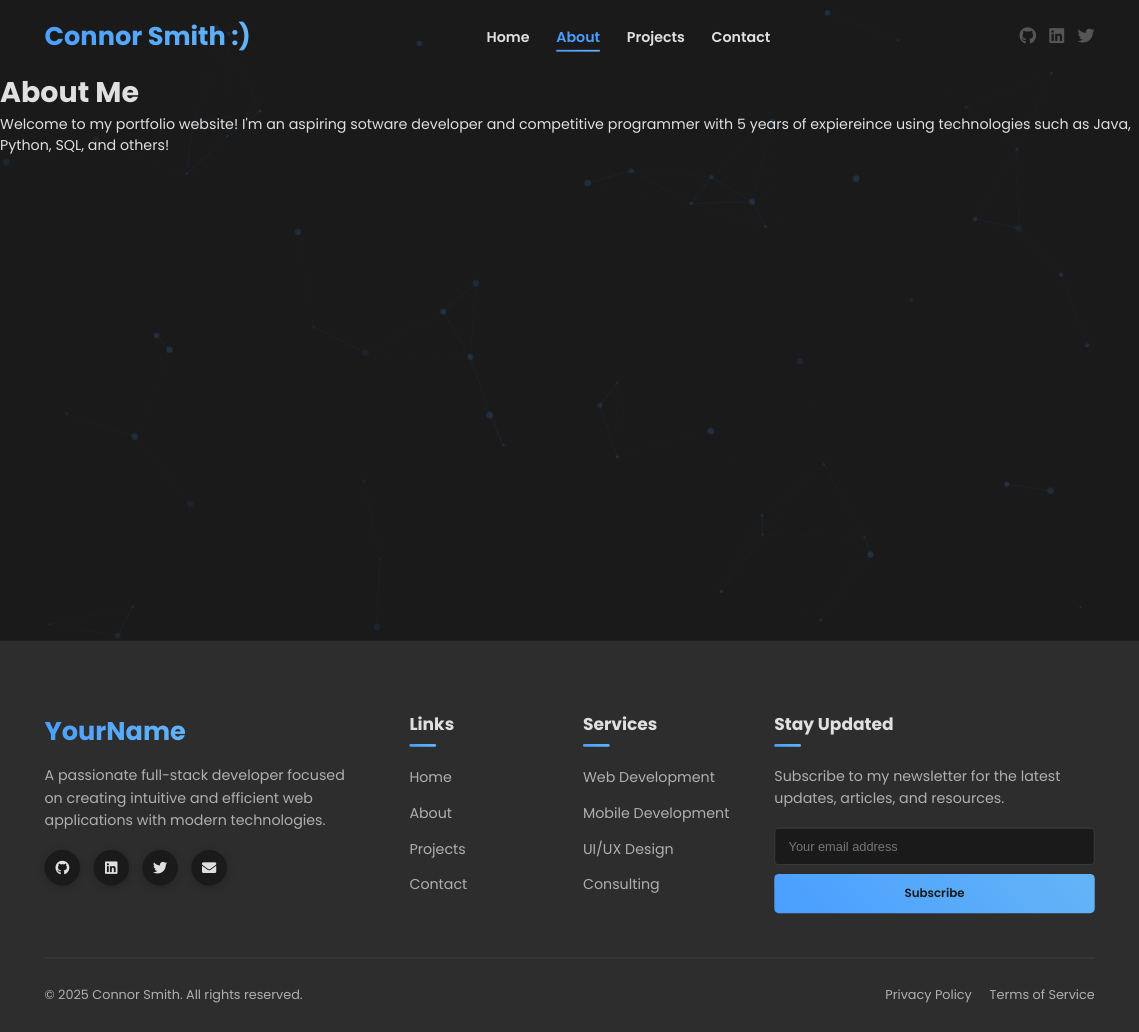
Repository: connorGS9/portfolio-website
Page: /about
The author's editor kept a copy of each file at every save. The page is drawn from the files as they stood at one save, then again after the next save.
The browser window is 1280 px wide. The pictures show the whole page, at 89% of full size.
The project was rebuilt for these pictures with package versions that can differ from the ones it lists, and the page was loaded fresh each time. Also part of the build but not shown: src/styles/Home.css, src/pages/Home.jsx, src/pages/Projects.jsx, src/pages/Contact.jsx.

Above is the page before, as saved 2025-05-24 19:27:52.

After the next save:
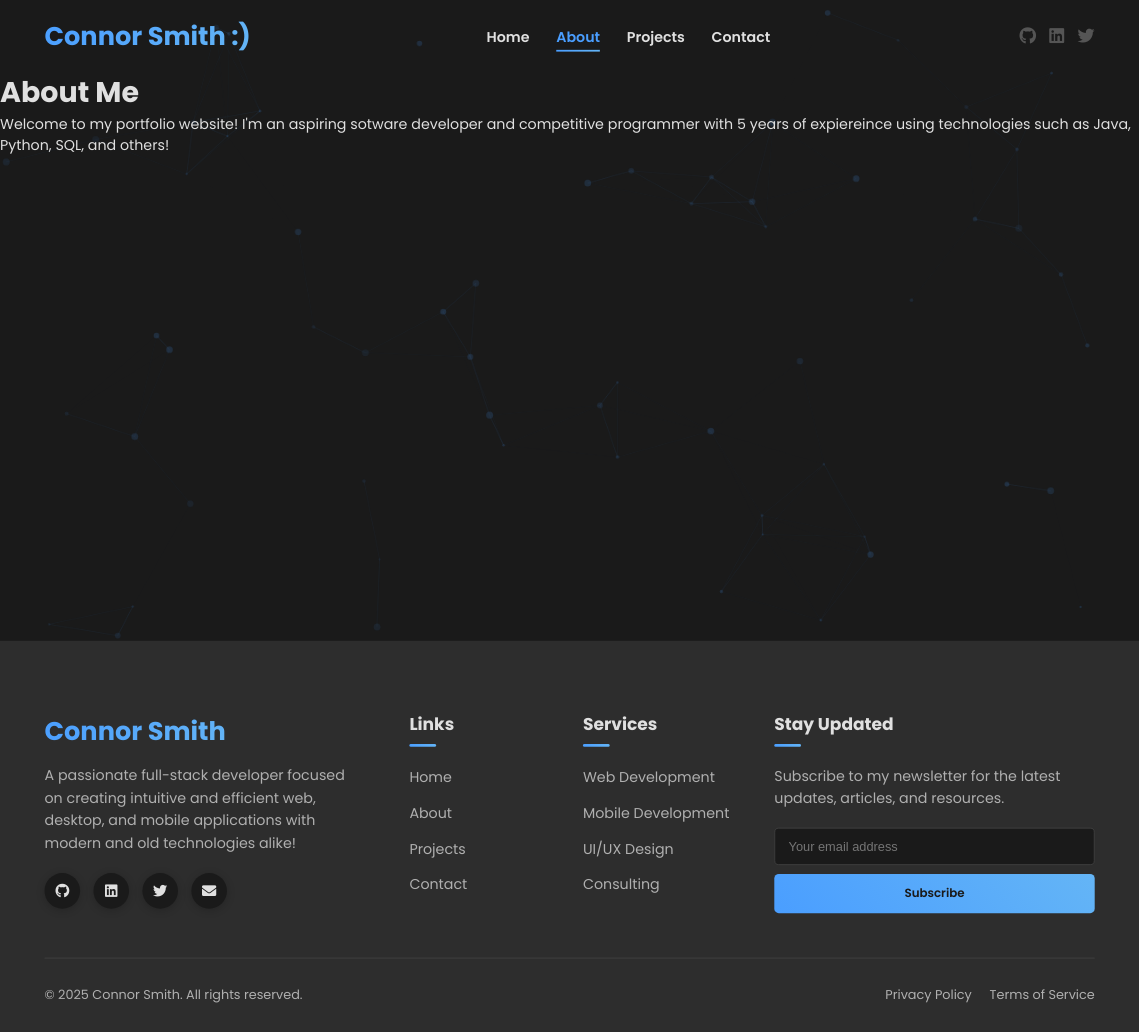
Saved 3 min 13 s later.
--- a/src/components/Footer.jsx
+++ b/src/components/Footer.jsx
@@ -9,10 +9,10 @@ const Footer = () => {
         <div className="footer__top">
           <div className="footer__info">
             <Link to="/" className="footer__logo">
-              YourName
+              Connor Smith
             </Link>
             <p className="footer__description">
-              A passionate full-stack developer focused on creating intuitive and efficient web applications with modern technologies.
+              A passionate full-stack developer focused on creating intuitive and efficient web, desktop, and mobile applications with modern and old technologies alike!
             </p>
             <div className="footer__social">
               <a
@@ -40,7 +40,7 @@ const Footer = () => {
                 <i className="fab fa-twitter"></i>
               </a>
               <a
-                href="mailto:your.email@example.com"
+                href="mailto:connorgsmith2020@gmail.com"
                 aria-label="Email Contact"
               >
                 <i className="fas fa-envelope"></i>
